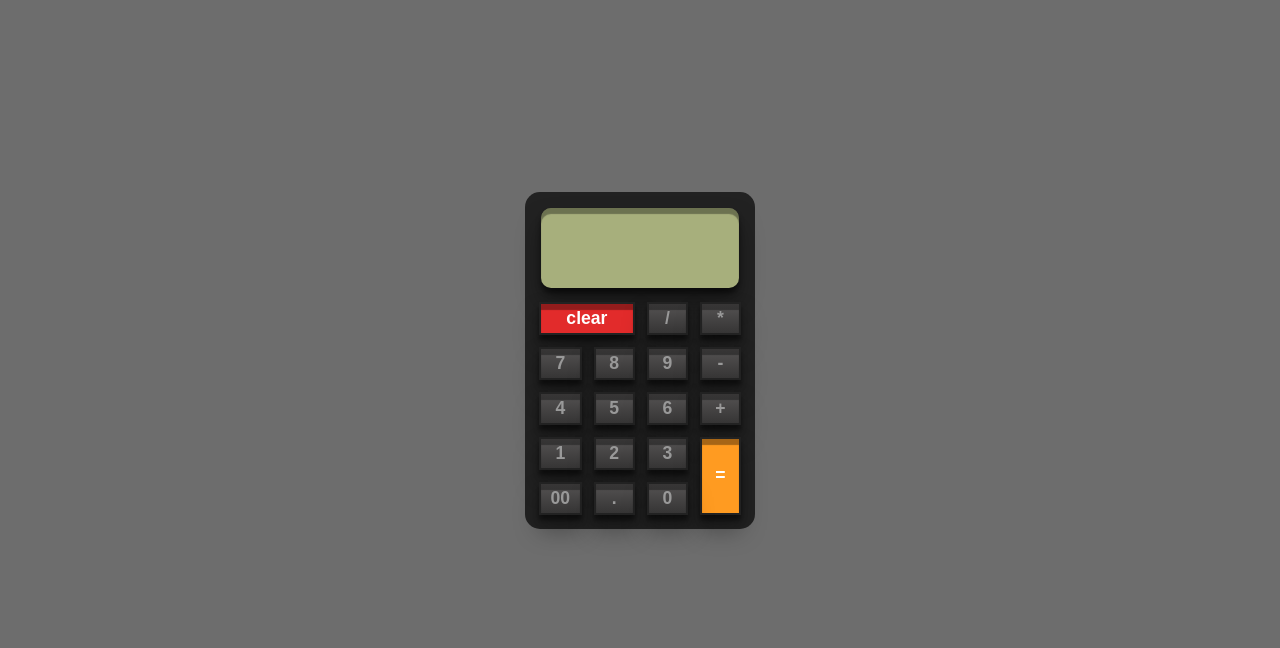
Repository: JunaidAnsari202/calculator
Page: index.html
These files come from the project's save history. The page is drawn as it stood at one moment and after a run of saves; the edit follows.
The browser window is 1280 px wide. The pictures show the whole page.

Above is the page before, as saved 2023-10-28 15:20:51.

### index.html
<!DOCTYPE html>
<html lang="en">
<head>
    <meta charset="UTF-8">
    <meta name="viewport" content="width=device-width, initial-scale=1.0">
    <title>Document</title>
    <link rel="stylesheet" href="style.css">
</head>
<body>

    <div class="caculator">
        <div class="button">
            <h2 id="value"></h2>
            <!-- <textarea name="" id="value" cols="1" rows="1" readonly></textarea> -->
            <span id="clear">clear</span>
            <span>/</span>
            <span>*</span>
            <span>7</span>
            <span>8</span>
            <span>9</span>
            <span>-</span>
            <span>4</span>
            <span>5</span>
            <span>6</span>
            <span id="plus">+</span>
            <span>1</span>
            <span>2</span>
            <span>3</span>
            <span id="equal">=</span>

            <span>00</span>
            <span>.</span>
            <span>0</span>


            </div>
    </div>
    <script src="script.js"></script>
</body>
</html>

### style.css
*{
    padding: 0;
    margin: 0;
    box-sizing: border-box;
    /* border: 1px red dashed; */
    font-family: Arial, Helvetica, sans-serif;
}

body{
    display: flex;
    justify-content: center;
    align-items: center;
    height: 100vh;

    background-color: rgb(109, 109, 109);
    /* background-color: #222; */
}
.calculator{

    position: relative;
    width: 280px;

}

.button{
    padding: 8px;
    border-radius: 15px;
    position: relative;
    display: grid;
    background-color:#222;
    width: 230px;

}

#value{
    width: 2em; /* Adjust the width as needed */
    height: 1.8em; /* Adjust the height as needed */
    resize: none;

    position: relative;
    margin: 8px;
    grid-column: span 4;
    height: 80px;
    line-height: 80px;
    padding-right: 10px;
    border-radius: 10px;
    background-color: #a7af7c;
    text-align: right;
    font-size: 1.8rem;
    color: #3a3c2e;
    overflow: hidden;
    box-shadow: inset 0 6px 1px 0 rgba(0,0,0,0.35),
    0 5px 5px rgba(0,0,0,0.5),0 15px 25px rgba(0,0,0,0.35);
    width: calc(100% - 16px);
}


span{
    /* height: 25px; */

    position: relative;
    padding:4px;
    margin: 6px;
    min-width: 30px;
    font-size: 1.1rem;
    display: flex;
    justify-content: center;
    align-items: center;
    font-weight: bolder;
    color: #999;
    border: 2px solid #222;
    background: linear-gradient(#555353,#363535);
    box-shadow: inset 0 6px 1px 0 rgba(0,0,0,0.35),
    0 5px 5px rgba(0,0,0,0.5),0 15px 25px rgba(0,0,0,0.35);
    user-select: none;
    cursor: pointer;
}

/* span::before{
    content: "";
    position: absolute;
    border-top: 2px solid #ccc;
    filter: blur(2px);
} */

/* span:active{
    box-shadow: inset 0 6px 1px 0 rgba(0,0,0,0.35),
    0 5px 5px rgba(0,0,0,0.5),0 15px 25px rgba(0,0,0,0.35);

} */

#clear{
grid-column: span 2;
background: rgba(247, 45, 45, 0.907);
color: white;
}

#equal{
    grid-row: span 2;
    /* height: 62px; */
    background: rgb(255, 155, 33);
    color: white;
}
span:hover{
    transform: scale(0.93);
}

### script.js
let buttons=document.querySelector(".button");
let btn=document.querySelectorAll("span");
let value=document.getElementById("value");

for(let i =0;i<btn.length;i++){
    btn[i].addEventListener("click",function(){
        if(this.innerHTML == "="){
            value.innerHTML = eval(value.innerHTML);

        }
        else{
            if(this.innerHTML== "clear"){
                value.innerHTML = " ";
            }else{
                value.innerHTML += this.innerHTML;
            }
        }
    })
}

After the next 2 saves:
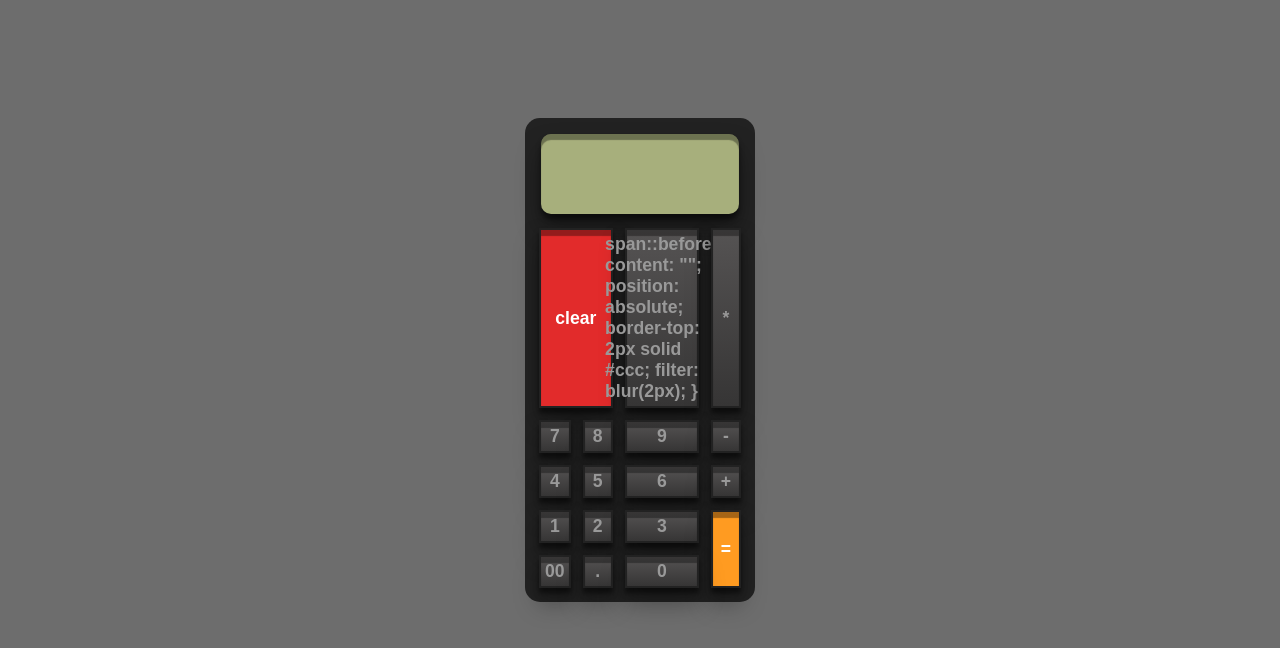
The 2 saves are shown as one change because they came seconds apart.
The last was saved 4 min 7 s later.
--- a/index.html
+++ b/index.html
@@ -13,7 +13,13 @@
             <h2 id="value"></h2>
             <!-- <textarea name="" id="value" cols="1" rows="1" readonly></textarea> -->
             <span id="clear">clear</span>
-            <span>/</span>
+            <span>
+span::before{
+    content: "";
+    position: absolute;
+    border-top: 2px solid #ccc;
+    filter: blur(2px);
+}</span>
             <span>*</span>
             <span>7</span>
             <span>8</span>
